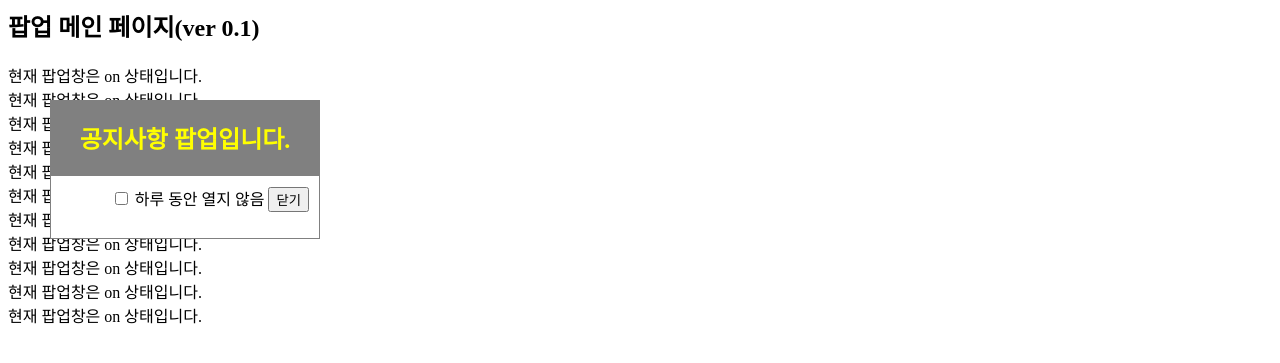
Repository: carnelli95/workspace_JSP
Page: http://localhost/MustHaveJSP/04Cookie/PopupMain.jsp
An editor plug-in stored every save of this project. The page is shown before and after the next save, followed by the edit.
The browser window is 1280 px wide. The pictures show the whole page.
The page is served by Tomcat 9. Other server files are loaded and not shown.

Above is the page before, as saved 2025-09-30 06:20:57.
Console error: SyntaxError: Unexpected token '('

### MustHaveJSP/src/main/webapp/04Cookie/PopupMain.jsp
<%@ page language="java" contentType="text/html; charset=UTF-8"
    pageEncoding="UTF-8"%>
<%
String popupMode = "on";

Cookie[] cookies = request.getCookies();
	if(cookies != null) {
		for(Cookie c : cookies) {
			String cookieName = c.getName();
			String cookieValue = c.getValue();
			if(cookieName.equals("PopupClose")) {
				popupMode = cookieValue;
			}
		}
	}
%>
<html>
<head>
<meta charset="UTF-8">
<title>Insert title here</title>
<style>
	div#popup {
		position: absolute; top:100px; left: 50px; color:yellow;
		width: 270px; height:100px; background-color:gray;
	}
	div#popup>div {
		postion: relative; background-color:#ffffff; top:0px;
		border:1px solid gray; padding: 10px; color: black;
	}
</style>

<script src="http://ajax.googleapis.com/ajax/libs/jquery/3.7.0/jquery.min.js"></script>
<script>
	$(function() {
		$('#closeBtn').click(function() {
			$('#popup').hide();
			var(chkVal == 1) {
				$.ajax({
					url : './PopupCookie.jsp',
					type : 'get',
					data : {inactiveToday : chkVal},
					dataType : "text",
					success : function(resData) {
						if (resData != '') location.reload();
					}
				});
			}
		});
	});
</script>
</head>
<body>
<h2>팝업 메인 페이지(ver 0.1)</h2>
<%
	for(int i = 0; i <= 10; i++) {
		out.print("현재 팝업창은 "  + popupMode + " 상태입니다.<br/>");
	}

	if(popupMode.equals("on")) {
%>
	<div id="popup">
		<h2 align="center">공지사항 팝업입니다.</h2>
		<div align="right"><form name="popFrm">
			<input type="checkbox" id="inactiveToday" value="1" />
			하루 동안 열지 않음
			<input type="button" id="closeBtn" value="닫기" />
		</form></div>
	</div>
	<%
		}
	%>
</body>
</html>

After the next save:
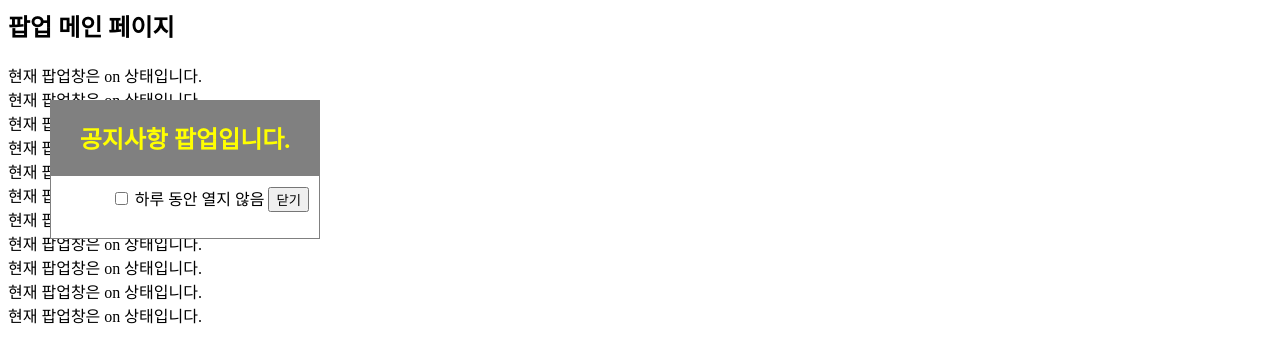
Saved 5 s later.
--- a/MustHaveJSP/src/main/webapp/04Cookie/PopupMain.jsp
+++ b/MustHaveJSP/src/main/webapp/04Cookie/PopupMain.jsp
@@ -50,7 +50,7 @@ Cookie[] cookies = request.getCookies();
 </script>
 </head>
 <body>
-<h2>팝업 메인 페이지(ver 0.1)</h2>
+<h2>팝업 메인 페이지</h2>
 <%
 	for(int i = 0; i <= 10; i++) {
 		out.print("현재 팝업창은 "  + popupMode + " 상태입니다.<br/>");
